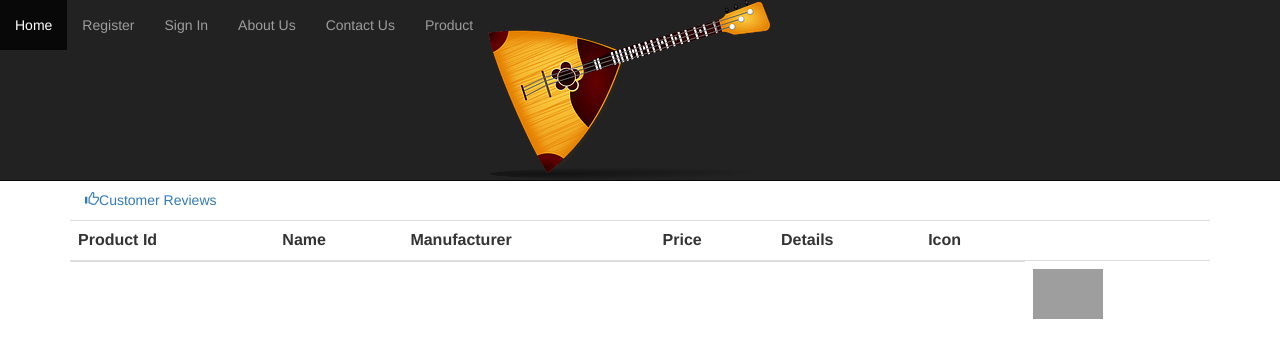
Repository: aradhana15/myFinalRepository
Page: http://localhost/music/WEB-INF/views/productDesc.jsp
An editor plug-in stored every save of this project. The page is shown before and after a run of saves, followed by the edit.
The browser window is 1280 px wide. The pictures show the whole page.
The page is served by Tomcat 9. Nobody is signed in. The template is opened directly, without the code that normally fills it, so the values that code supplies are empty.

Above is the page before, as saved 2016-04-23 12:49:33.
Console error (its wording comes from the project's code and is left out).

After the next 2 saves:
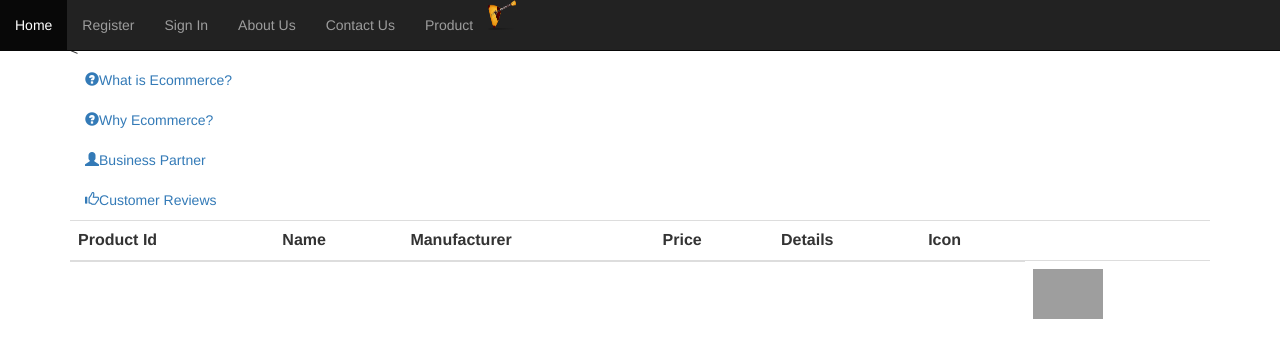
The 2 saves are shown as one change because 1 did not build or start.
The last was saved 43 s later.
--- a/wwf/music/src/main/webapp/WEB-INF/views/header.jsp
+++ b/wwf/music/src/main/webapp/WEB-INF/views/header.jsp
@@ -20,7 +20,7 @@
 			<li><a href="aboutus">About Us</a></li>
 			<li><a href="contactus">Contact Us</a></li>
 			<li><a href="product">Product</a></li>
-			 <li><img src="<c:url value='/resources/images/guitar.jpg'/>"></li>
+			 <li><img src="<c:url value='/resources/images/guitar.jpg' />"height="30px" width="30px"></li>
 
 
 		</div>
